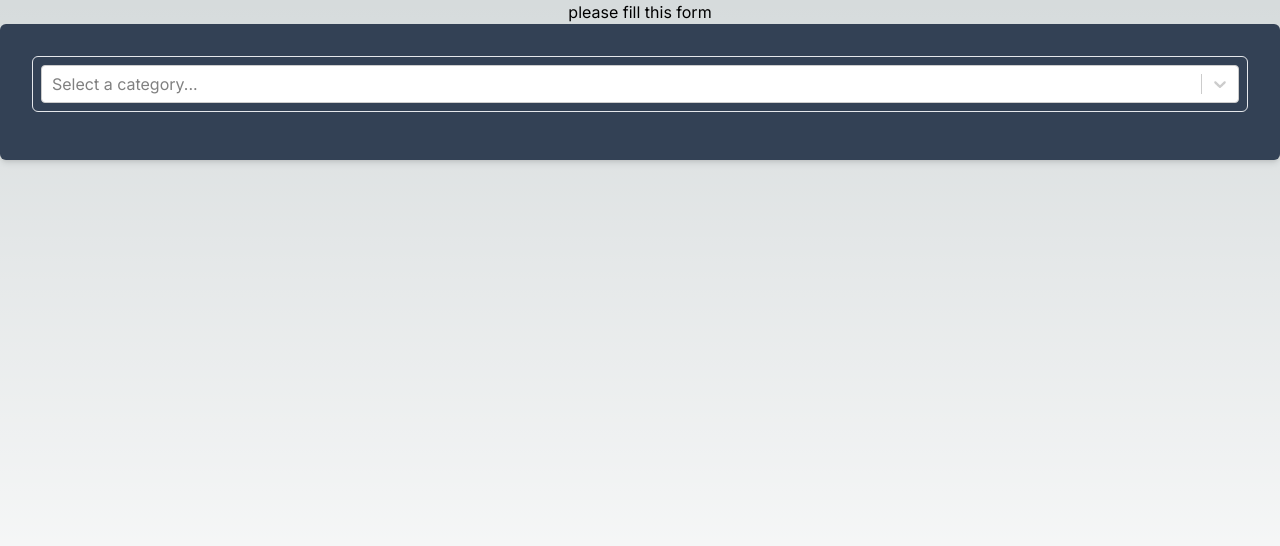
Repository: abdulrahmanmahmood/Mazaady-Portal-Frontend-Task-react-next--1
Page: /
The author's editor kept a copy of each file at every save. The page is drawn from the files as they stood at one save, then again after a run of saves.
The browser window is 1280 px wide. The pictures show the whole page.
The page's requests for data from a server got no answer. The project was rebuilt for these pictures with package versions that can differ from the ones it lists, and the page was loaded fresh each time. The framework's server and built-in components were replaced by stand-ins that run in the browser. No one was signed in, and anything a server would have sent is missing. Also part of the build but not shown: next.config.mjs.

Above is the page before, as saved 2024-01-29 18:51:26.

After the next 3 saves:
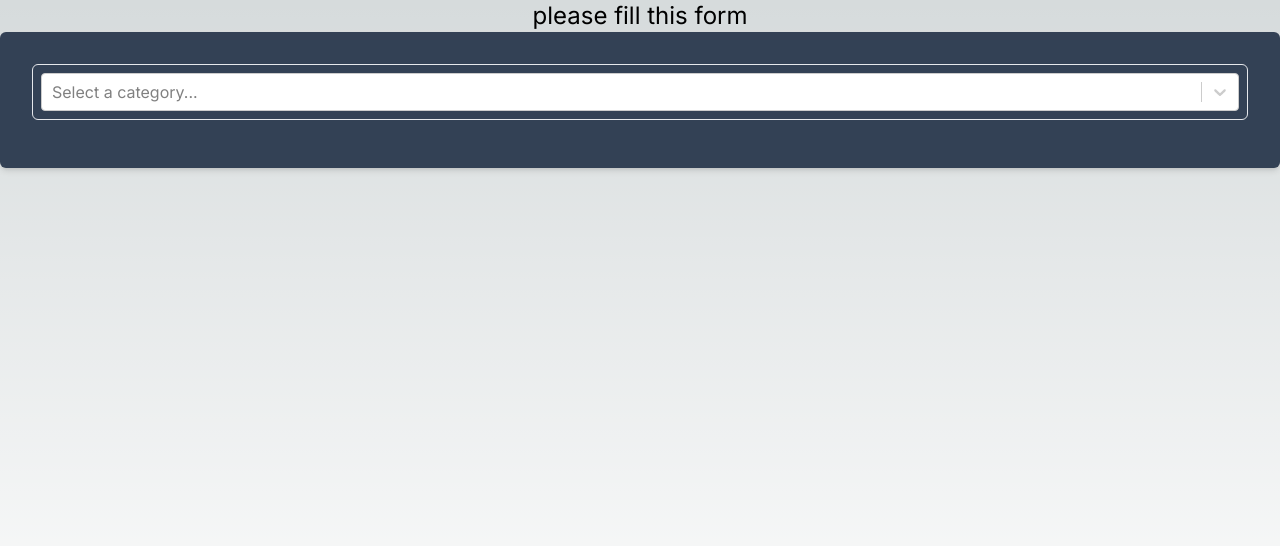
The 3 saves are shown as one change because they came seconds apart.
The last was saved 9 s later.
--- a/app/page.js
+++ b/app/page.js
@@ -48,7 +48,7 @@ export default function Home() {
 
   return (
     <main className=" h-screen">
-      <h2 className="text-center">please fill this form</h2>
+      <h2 className="text-center text-2xl">please fill this form</h2>
       <div className="bg-slate-700 p-8 rounded-md shadow-md w-full ">
         {/* Main Category Dropdown */}
         <Select
